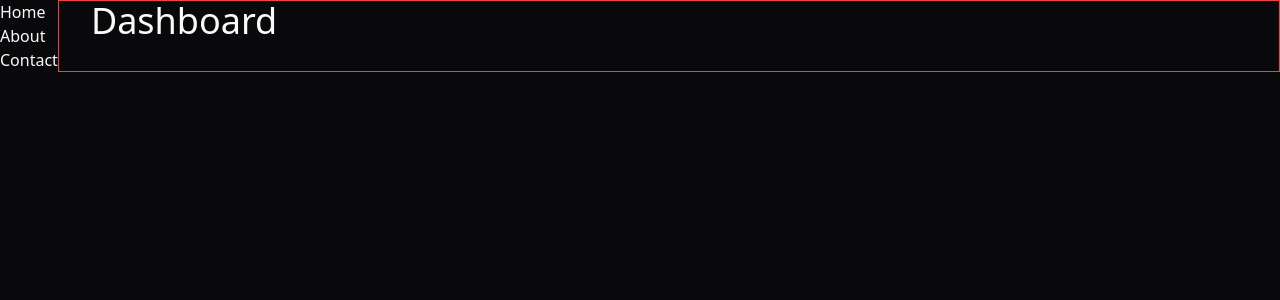
Repository: svoglimacci/recipe-app-tmp
Page: /app
These files come from the project's save history. The page is drawn as it stood at one moment and after the next save; the edit follows.
The browser window is 1280 px wide. The pictures show the whole page.
The project was rebuilt for these pictures with package versions that can differ from the ones it lists, and the page was loaded fresh each time. Also part of the build but not shown: vite.config.ts, src/components/Recipe.tsx, src/components/RecipeList.tsx, src/components/RecipeCard.tsx, src/views/Login.tsx, src/views/Landing.tsx, src/views/Home.tsx.

Above is the page before, as saved 2024-01-30 13:50:59.

### src/App.tsx
import { ThemeProvider } from "@/components/ui/theme-provider"
import { RouterProvider } from "react-router-dom"
import { router } from "@/router"

function App() {
  return (
    <ThemeProvider defaultTheme="dark" storageKey="vite-ui-theme">
    <RouterProvider router={router}/>
  </ThemeProvider>
  )
}

export default App

### src/components/ui/theme-provider.tsx
import { createContext, useContext, useEffect, useState } from "react"

type Theme = "dark" | "light" | "system"

type ThemeProviderProps = {
  children: React.ReactNode
  defaultTheme?: Theme
  storageKey?: string
}

type ThemeProviderState = {
  theme: Theme
  setTheme: (theme: Theme) => void
}

const initialState: ThemeProviderState = {
  theme: "system",
  setTheme: () => null,
}

const ThemeProviderContext = createContext<ThemeProviderState>(initialState)

export function ThemeProvider({
  children,
  defaultTheme = "system",
  storageKey = "vite-ui-theme",
  ...props
}: ThemeProviderProps) {
  const [theme, setTheme] = useState<Theme>(
    () => (localStorage.getItem(storageKey) as Theme) || defaultTheme
  )

  useEffect(() => {
    const root = window.document.documentElement

    root.classList.remove("light", "dark")

    if (theme === "system") {
      const systemTheme = window.matchMedia("(prefers-color-scheme: dark)")
        .matches
        ? "dark"
        : "light"

      root.classList.add(systemTheme)
      return
    }

    root.classList.add(theme)
  }, [theme])

  const value = {
    theme,
    setTheme: (theme: Theme) => {
      localStorage.setItem(storageKey, theme)
      setTheme(theme)
    },
  }

  return (
    <ThemeProviderContext.Provider {...props} value={value}>
      {children}
    </ThemeProviderContext.Provider>
  )
}

export const useTheme = () => {
  const context = useContext(ThemeProviderContext)

  if (context === undefined)
    throw new Error("useTheme must be used within a ThemeProvider")

  return context
}

### src/router/index.tsx
import { createBrowserRouter } from "react-router-dom";
import { Home, Login, Landing, Dashboard } from "@/views";
import { Recipe, RecipeList } from "@/components";

const router = createBrowserRouter([
  {
    path: "/",
    element: <Landing />,
  },
  {
    path: "/login",
    element: <Login />,
  },
  {
   path: "/app",
    element: <Dashboard />,
    children: [
      {
        path: "",
        element: <Home />,
      },
      {
        path: "recipes",
        element: <RecipeList />,
      },
      {
        path: "recipes/:id",
        element: <Recipe />,
      }
    ],
  }
])

export { router }

### src/views/index.tsx
import { Dashboard } from "./Dashboard";
import { Login } from "./Login";
import { Landing } from "./Landing";
import { Home } from "./Home";

export { Dashboard, Login, Landing, Home };

### src/components/index.tsx
import { Recipe } from "./Recipe";
import { RecipeList } from "./RecipeList";
import { RecipeCard } from "./RecipeCard";
import { DashboardHeader } from "./DashboardHeader";
import { MobileNav } from "./BurgerMenu";

export {
  Recipe,
  RecipeList,
  RecipeCard,
  DashboardHeader,
  MobileNav
}

### src/views/Dashboard.tsx
import { DashboardHeader } from '@/components';
import { Nav } from '@/components/Nav';


function Dashboard() {
  return (
    <>
      <DashboardHeader />
      <div className="flex flex-row relative p-0 border-red-500">
      <Nav />
      <main className="container items-center justify-center border border-red-500">
        <h1 className="text-4xl text-primary">Dashboard</h1>
      </main>
      </div>
    </>
  )
}

export { Dashboard };

### src/components/DashboardHeader.tsx
import { ModeToggle } from "./ui/mode-toggle";
import { MobileNav } from "./BurgerMenu";

function DashboardHeader() {
  return(

  <header className="flex sticky top-0 z-50 md:hidden bg-secondary justify-between">
    <MobileNav />
    <ModeToggle />
  </header>
  )
}

export { DashboardHeader  };

### src/components/BurgerMenu.tsx
import { Menu } from "lucide-react";
import { Sheet, SheetContent, SheetHeader, SheetTrigger } from "./ui/sheet";

import { Button } from "./ui/button";

function MobileNav() {
  return (
    <nav className="md:hidden">
    <Sheet>
  <SheetTrigger asChild><Button variant="ghost" size="icon"><Menu/></Button></SheetTrigger>
  <SheetContent side="left">
    <SheetHeader>

    </SheetHeader>
  </SheetContent>
</Sheet>
</nav>

  )
}

export { MobileNav  };

### src/components/Nav.tsx

function Nav() {
  return (
  <nav className="flex flex-row">
  <ul className="flex flex-col justify-between">
    <li className="text-primary">Home</li>
    <li className="text-primary">About</li>
    <li className="text-primary">Contact</li>
  </ul>
</nav>

  )
}

export { Nav  };

### src/components/ui/mode-toggle.tsx
import { Moon, Sun } from "lucide-react"

import { Button } from "@/components/ui/button"
import { useTheme } from "@/components/ui/theme-provider"

export function ModeToggle() {
  const { theme, setTheme } = useTheme()

  return (
    <Button
      aria-label="Toggle theme"
      onClick={() => setTheme(theme === "dark" ? "light" : "dark")}
      variant="ghost"
      size="icon"
    >
      <Sun className="h-[1.2rem] w-[1.2rem] rotate-0 scale-100 transition-all dark:-rotate-90 dark:scale-0" />
      <Moon className="absolute h-[1.2rem] w-[1.2rem] rotate-90 scale-0 transition-all dark:rotate-0 dark:scale-100" />
    </Button>
  )
}

### src/components/ui/sheet.tsx
import * as React from "react"
import * as SheetPrimitive from "@radix-ui/react-dialog"
import { cva, type VariantProps } from "class-variance-authority"
import { X } from "lucide-react"

import { cn } from "@/lib/utils"
import { Button } from "./button"

const Sheet = SheetPrimitive.Root

const SheetTrigger = SheetPrimitive.Trigger

const SheetClose = SheetPrimitive.Close

const SheetPortal = SheetPrimitive.Portal

const SheetOverlay = React.forwardRef<
  React.ElementRef<typeof SheetPrimitive.Overlay>,
  React.ComponentPropsWithoutRef<typeof SheetPrimitive.Overlay>
>(({ className, ...props }, ref) => (
  <SheetPrimitive.Overlay
    className={cn(
      "fixed inset-0 z-50 bg-black/80  data-[state=open]:animate-in data-[state=closed]:animate-out data-[state=closed]:fade-out-0 data-[state=open]:fade-in-0",
      className
    )}
    {...props}
    ref={ref}
  />
))
SheetOverlay.displayName = SheetPrimitive.Overlay.displayName

const sheetVariants = cva(
  "fixed z-50 gap-4 bg-background p-6 shadow-lg transition ease-in-out data-[state=open]:animate-in data-[state=closed]:animate-out data-[state=closed]:duration-300 data-[state=open]:duration-500",
  {
    variants: {
      side: {
        top: "inset-x-0 top-0 border-b data-[state=closed]:slide-out-to-top data-[state=open]:slide-in-from-top",
        bottom:
          "inset-x-0 bottom-0 border-t data-[state=closed]:slide-out-to-bottom data-[state=open]:slide-in-from-bottom",
        left: "inset-y-0 left-0 h-full w-3/4 border-r data-[state=closed]:slide-out-to-left data-[state=open]:slide-in-from-left sm:max-w-sm",
        right:
          "inset-y-0 right-0 h-full w-3/4  border-l data-[state=closed]:slide-out-to-right data-[state=open]:slide-in-from-right sm:max-w-sm",
      },
    },
    defaultVariants: {
      side: "right",
    },
  }
)

interface SheetContentProps
  extends React.ComponentPropsWithoutRef<typeof SheetPrimitive.Content>,
    VariantProps<typeof sheetVariants> {}

const SheetContent = React.forwardRef<
  React.ElementRef<typeof SheetPrimitive.Content>,
  SheetContentProps
>(({ side = "right", className, children, ...props }, ref) => (
  <SheetPortal>
    <SheetOverlay />
    <SheetPrimitive.Content
      ref={ref}
      className={cn(sheetVariants({ side }), className)}
      {...props}
    >
      {children}
      <SheetPrimitive.Close className="absolute right-4 top-4 rounded-sm opacity-70 ring-offset-background transition-opacity hover:opacity-100 focus:outline-none focus:ring-2 focus:ring-ring focus:ring-offset-2 disabled:pointer-events-none data-[state=open]:bg-secondary">
        <Button variant="ghost" size="icon">
        <X/>
        </Button>
        <span className="sr-only">Close</span>
      </SheetPrimitive.Close>
    </SheetPrimitive.Content>
  </SheetPortal>
))
SheetContent.displayName = SheetPrimitive.Content.displayName

const SheetHeader = ({
  className,
  ...props
}: React.HTMLAttributes<HTMLDivElement>) => (
  <div
    className={cn(
      "flex flex-col space-y-2 text-center sm:text-left",
      className
    )}
    {...props}
  />
)
SheetHeader.displayName = "SheetHeader"

const SheetFooter = ({
  className,
  ...props
}: React.HTMLAttributes<HTMLDivElement>) => (
  <div
    className={cn(
      "flex flex-col-reverse sm:flex-row sm:justify-end sm:space-x-2",
      className
    )}
    {...props}
  />
)
SheetFooter.displayName = "SheetFooter"

const SheetTitle = React.forwardRef<
  React.ElementRef<typeof SheetPrimitive.Title>,
  React.ComponentPropsWithoutRef<typeof SheetPrimitive.Title>
>(({ className, ...props }, ref) => (
  <SheetPrimitive.Title
    ref={ref}
    className={cn("text-lg font-semibold text-foreground", className)}
    {...props}
  />
))
SheetTitle.displayName = SheetPrimitive.Title.displayName

const SheetDescription = React.forwardRef<
  React.ElementRef<typeof SheetPrimitive.Description>,
  React.ComponentPropsWithoutRef<typeof SheetPrimitive.Description>
>(({ className, ...props }, ref) => (
  <SheetPrimitive.Description
    ref={ref}
    className={cn("text-sm text-muted-foreground", className)}
    {...props}
  />
))
SheetDescription.displayName = SheetPrimitive.Description.displayName

export {
  Sheet,
  SheetPortal,
  SheetOverlay,
  SheetTrigger,
  SheetClose,
  SheetContent,
  SheetHeader,
  SheetFooter,
  SheetTitle,
  SheetDescription,
}

### src/components/ui/button.tsx
import * as React from "react"
import { Slot } from "@radix-ui/react-slot"
import { cva, type VariantProps } from "class-variance-authority"

import { cn } from "@/lib/utils"

const buttonVariants = cva(
  "inline-flex items-center justify-center whitespace-nowrap rounded-md text-sm font-medium ring-offset-background transition-colors focus-visible:outline-none focus-visible:ring-2 focus-visible:ring-ring focus-visible:ring-offset-2 disabled:pointer-events-none disabled:opacity-50",
  {
    variants: {
      variant: {
        default: "bg-primary text-primary-foreground hover:bg-primary/90",
        destructive:
          "bg-destructive text-destructive-foreground hover:bg-destructive/90",
        outline:
          "border border-input bg-background hover:bg-accent hover:text-accent-foreground",
        secondary:
          "bg-secondary text-secondary-foreground hover:bg-secondary/80",
        ghost: "hover:bg-accent hover:text-accent-foreground",
        link: "text-primary underline-offset-4 hover:underline",
      },
      size: {
        default: "h-10 px-4 py-2",
        sm: "h-9 rounded-md px-3",
        lg: "h-11 rounded-md px-8",
        icon: "h-10 w-10",
      },
    },
    defaultVariants: {
      variant: "default",
      size: "default",
    },
  }
)

export interface ButtonProps
  extends React.ButtonHTMLAttributes<HTMLButtonElement>,
    VariantProps<typeof buttonVariants> {
  asChild?: boolean
}

const Button = React.forwardRef<HTMLButtonElement, ButtonProps>(
  ({ className, variant, size, asChild = false, ...props }, ref) => {
    const Comp = asChild ? Slot : "button"
    return (
      <Comp
        className={cn(buttonVariants({ variant, size, className }))}
        ref={ref}
        {...props}
      />
    )
  }
)
Button.displayName = "Button"

export { Button, buttonVariants }

Loaded but not shown: index.html (common file); src/main.tsx (common file); src/index.css (common file); src/lib/utils.ts (common file); tailwind.config.js (common file)

After the next save:
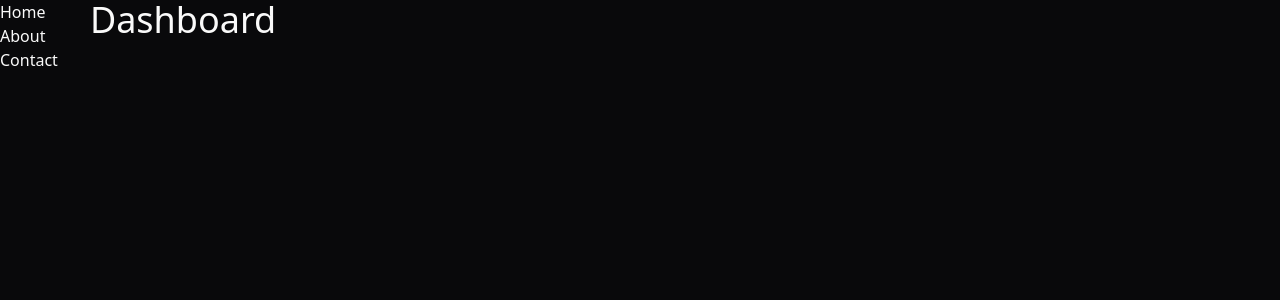
Saved 49 s later.
--- a/src/views/Dashboard.tsx
+++ b/src/views/Dashboard.tsx
@@ -8,7 +8,7 @@ function Dashboard() {
       <DashboardHeader />
       <div className="flex flex-row relative p-0 border-red-500">
       <Nav />
-      <main className="container items-center justify-center border border-red-500">
+      <main className="container">
         <h1 className="text-4xl text-primary">Dashboard</h1>
       </main>
       </div>
